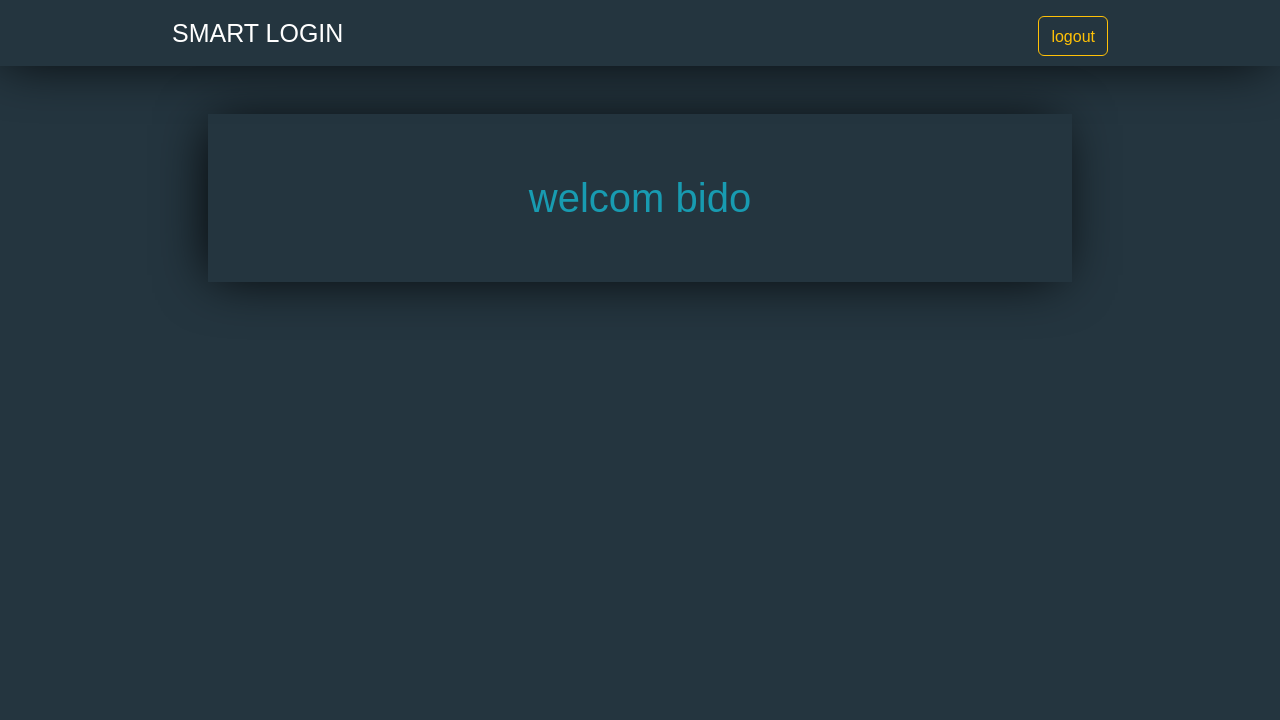
Repository: bodajava/TASK-4
Page: theerdIndex.html
These files come from the project's save history. The page is drawn as it stood at one moment and after the next save; the edit follows.
The browser window is 1280 px wide. The pictures show the whole page.

Above is the page before, as saved 2025-06-18 20:32:31.

### theerdIndex.html
<!DOCTYPE html>
<html lang="en">
  <head>
    <link rel="stylesheet" href="CSS/all.min.css" />
    <link rel="stylesheet" href="CSS/bootstrap.css" />
    <link rel="stylesheet" href="CSS/style.css" />
    <meta charset="UTF-8" />
    <meta name="viewport" content="width=device-width, initial-scale=1.0" />
    <title>Document</title>
  </head>
  <body>
    <div id="container" class="container-fluid">
      <nav
        id="nav"
        class="container navbar navbar-expand-lg bg-body-tertiary pt-0 pb-0"
      >
        <div class="container-fluid">
          <a id="margen" class="navbar-brand" href="#">SMART LOGIN</a>

          <button
            class="navbar-toggler"
            type="button"
            data-bs-toggle="collapse"
            data-bs-target="#navbarSupportedContent"
            aria-controls="navbarSupportedContent"
            aria-expanded="false"
            aria-label="Toggle navigation"
          >
            <span class="navbar-toggler-icon"></span>
          </button>

          <div class="collapse navbar-collapse" id="navbarSupportedContent">
            <ul class="navbar-nav ms-auto mb-2 mb-lg-0">
              <li>
                <a
                  class="pt-2 mt-3 btn btn-outline-warning w-100 d-flex align-items-center"
                  href=""
                  >logout</a
                >
              </li>
            </ul>
          </div>
        </div>
      </nav>
    </div>
    <div id="booox" class="group m-auto w-75 p-5">
      <h1 id="userName" class="text-center">welcom bido</h1>
    </div>
    <script src="js/bootstrap.bundle.min.js"></script>
    <script src="js/index.js"></script>
  </body>
</html>

### CSS/style.css
* {
  padding: 0;
  margin: 0;
  box-sizing: border-box;
}

body {
  background-color: #24353f;

  font-family: Arial, sans-serif;
}

#item {
  margin-top: 60px;
  margin-left: 390px;
  margin-right: 390px;
  padding-left: 15px;
  padding-right: 15px;
}

#item2 {
  box-shadow: -5px 2px 54px -9px rgba(0, 0, 0, 1);
  margin-left: 138.75px;
  margin-right: 138.75px;
  padding-left: 60px;
  padding-right: 60px;
  padding-top: 60px;
  padding-bottom: 60px;
}

h1 {
  color: #189bb1;
}

.anchor {
  text-decoration: none;
}

.anchor:hover {
  text-decoration: underline;
}

.paragraph {
  font-size: 20px;
  line-height: 30px;
  font-weight: 400;
  color: white;
}

.paragraph a {
  font-size: 20px;
  line-height: 30px;
  font-weight: 400;
  color: white;
}

.form-control {
  background-color: #24353f;
  border: 1px solid white;
  color: #fff;
  border-radius: 5px;
}

.form-control::placeholder {
  color: #a0a0a0;
}

.form-control:focus {
  background-color: #24353f;
  color: #fff;
  border-color: #189bb1;
  outline: none;
  box-shadow: none;
}

.btnn {
  text-decoration: none;
  color: #189bb1;
}

.btnn:hover {
  color: white;
}

#box {
  box-shadow: -5px 2px 54px -9px rgba(0, 0, 0, 1);
}

#nav {
  background-color: #24353f !important;
}

#container {
  box-shadow: -5px 2px 54px -9px rgba(0, 0, 0, 1);
}

#margen {
  margin-left: 90px;
  font-size: 25px;
  line-height: 38px;
  font-weight: 400;
  color: white;
}

ul li {
  margin-right: 90px;
  padding-bottom: 10px;
}

#userName {
  box-shadow: -5px 2px 54px -9px rgba(0, 0, 0, 1);
  padding-left: 60px;
  padding-right: 60px;
  padding-bottom: 60px;
  padding-top: 60px;
}

Loaded but not shown: CSS/all.min.css (library); CSS/bootstrap.css (library); js/bootstrap.bundle.min.js (library); js/index.js (no copy from this time; the picture is the same without it)

After the next save:
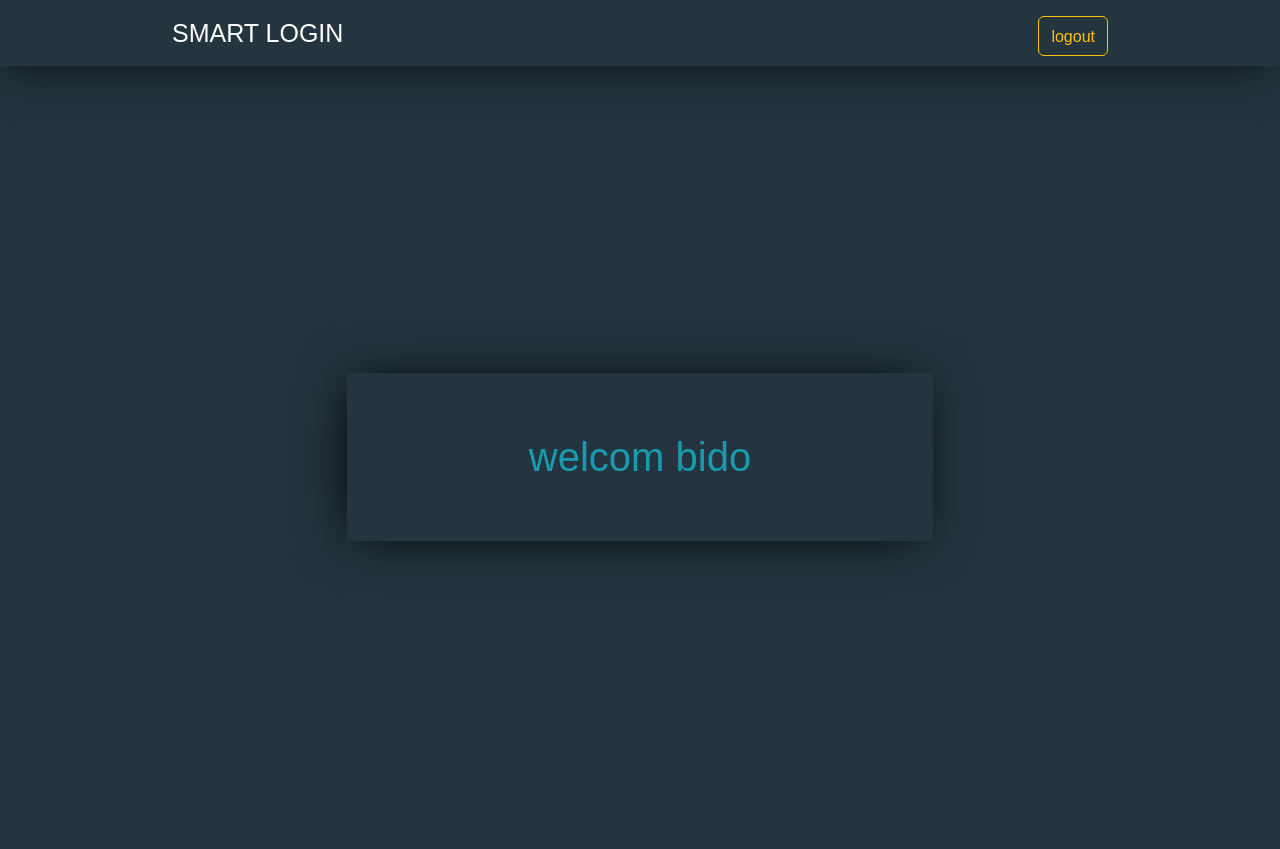
Saved 2 min 35 s later.
--- a/CSS/style.css
+++ b/CSS/style.css
@@ -113,4 +113,8 @@ ul li {
   padding-right: 60px;
   padding-bottom: 60px;
   padding-top: 60px;
+  margin-top: 259.375px;
+  margin-bottom: 259.375px;
+  margin-left: 138.75px;
+  margin-right: 138.75px;
 }
